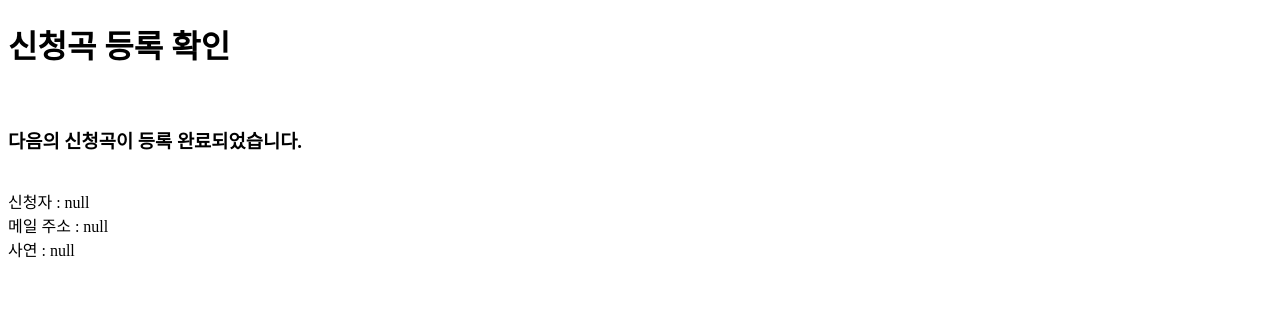
Repository: ysjhmtb/khProjectJuly
Page: http://localhost/khHomework/requestSong.do
These files come from the project's save history. The page is drawn as it stood at one moment and after the next save; the edit follows.
The browser window is 1280 px wide. The pictures show the whole page.
The page is served by Tomcat 9.

Above is the page before, as saved 2018-05-25 17:38:14.

After the next save:
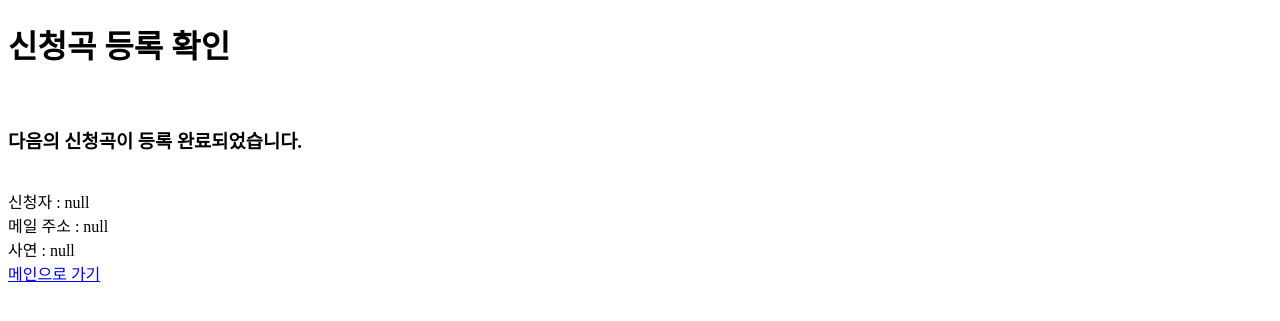
Saved 86 s later.
--- a/saved/servletWorkspace/test/khHomework/WebContent/views/song.jsp
+++ b/saved/servletWorkspace/test/khHomework/WebContent/views/song.jsp
@@ -21,7 +21,7 @@
 	<span>메일 주소 : <%=useremail %></span> <br>
 	<span>사연 : <%=content %></span> <br>
 
-
+	<a href="/khHomework/view/requestSong.html">메인으로 가기 </a>
 
 
 
